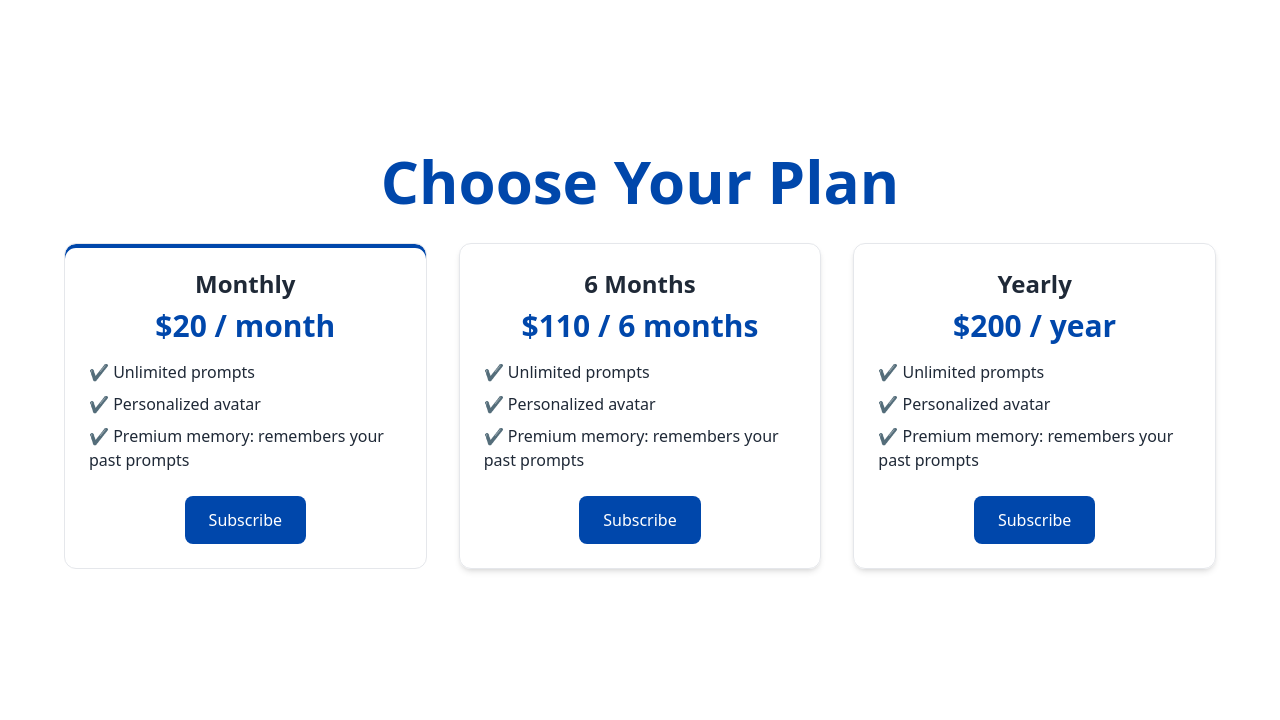
Repository: AvivGranot/IZZY
Page: public/subscribe.html
The author's editor kept a copy of each file at every save. The page is drawn from the files as they stood at one save, then again after the next save.
The browser window is 1280 px wide. The pictures show the whole page.
Some web libraries are served in a nearby version.

Above is the page before, as saved 2025-04-09 12:08:19.

### public/subscribe.html
<!DOCTYPE html>
<html lang="en">
<head>
  <meta charset="UTF-8">
  <meta name="viewport" content="width=device-width, initial-scale=1.0">
  <title>Subscribe to IZZY</title>
  <script src="https://cdn.tailwindcss.com"></script>
  <style>
    @keyframes borderFlow {
      0% {
        box-shadow: inset 0 -4px 0 0 #0047AB;
      }
      25% {
        box-shadow: inset 4px 0 0 0 #0047AB;
      }
      50% {
        box-shadow: inset 0 4px 0 0 #0047AB;
      }
      75% {
        box-shadow: inset -4px 0 0 0 #0047AB;
      }
      100% {
        box-shadow: inset 0 -4px 0 0 #0047AB;
      }
    }

    .animate-borderFlow {
      animation: borderFlow 2s linear infinite;
    }
  </style>
</head>
<body class="bg-white text-gray-800 font-sans">
  <div class="min-h-screen flex flex-col items-center justify-center p-6">
    <h1 class="text-4xl md:text-6xl font-bold text-[#0047AB] mb-8 text-center">Choose Your Plan</h1>

    <div class="grid grid-cols-1 md:grid-cols-3 gap-8 w-full max-w-6xl">

      <!-- Monthly Plan -->
      <div class="border border-gray-200 rounded-xl p-6 shadow-md text-center relative animate-borderFlow overflow-hidden">
        <h2 class="text-2xl font-semibold mb-2">Monthly</h2>
        <p class="text-3xl font-bold text-[#0047AB] mb-4">$20 / month</p>
        <ul class="text-left mb-6 space-y-2">
          <li>✔️ Unlimited prompts</li>
          <li>✔️ Personalized avatar</li>
          <li>✔️ Premium memory: remembers your past prompts</li>
        </ul>
        <a href="https://buy.stripe.com/test_dR6aHO9PM10AcR60oo" target="_blank" class="inline-block bg-[#0047AB] text-white font-medium py-3 px-6 rounded-lg hover:bg-blue-800">Subscribe</a>
      </div>

      <!-- Semi-Annual Plan -->
      <div class="border border-gray-200 rounded-xl p-6 shadow-md text-center">
        <h2 class="text-2xl font-semibold mb-2">6 Months</h2>
        <p class="text-3xl font-bold text-[#0047AB] mb-4">$110 / 6 months</p>
        <ul class="text-left mb-6 space-y-2">
          <li>✔️ Unlimited prompts</li>
          <li>✔️ Personalized avatar</li>
          <li>✔️ Premium memory: remembers your past prompts</li>
        </ul>
        <a href="#" class="inline-block bg-[#0047AB] text-white font-medium py-3 px-6 rounded-lg hover:bg-blue-800">Subscribe</a>
      </div>

      <!-- Annual Plan -->
      <div class="border border-gray-200 rounded-xl p-6 shadow-md text-center">
        <h2 class="text-2xl font-semibold mb-2">Yearly</h2>
        <p class="text-3xl font-bold text-[#0047AB] mb-4">$200 / year</p>
        <ul class="text-left mb-6 space-y-2">
          <li>✔️ Unlimited prompts</li>
          <li>✔️ Personalized avatar</li>
          <li>✔️ Premium memory: remembers your past prompts</li>
        </ul>
        <a href="#" class="inline-block bg-[#0047AB] text-white font-medium py-3 px-6 rounded-lg hover:bg-blue-800">Subscribe</a>
      </div>

    </div>
  </div>
</body>
</html>

After the next save:
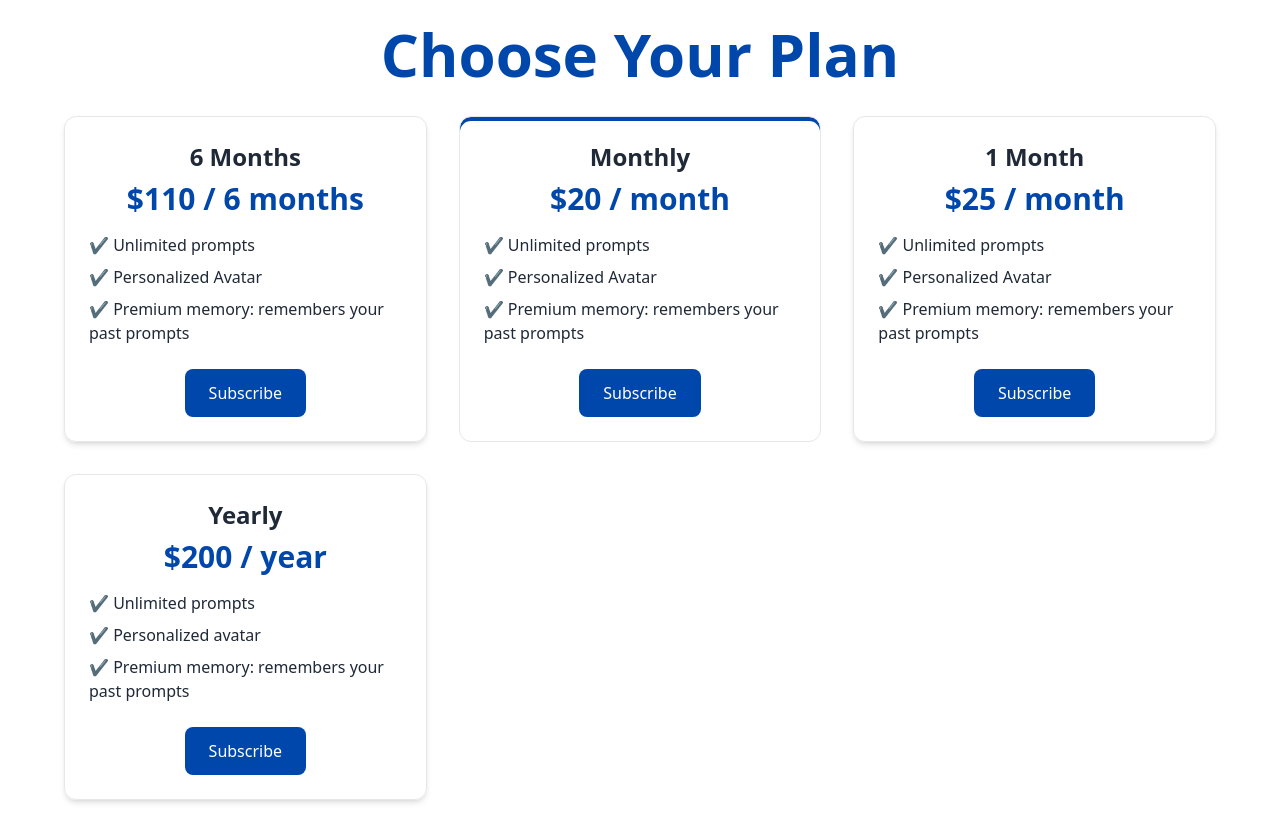
Saved 4 h 59 min later.
--- a/public/subscribe.html
+++ b/public/subscribe.html
@@ -35,28 +35,40 @@
 
     <div class="grid grid-cols-1 md:grid-cols-3 gap-8 w-full max-w-6xl">
 
+      <!-- Semi-Annual Plan -->
+      <div class="border border-gray-200 rounded-xl p-6 shadow-md text-center">
+        <h2 class="text-2xl font-semibold mb-2">6 Months</h2>
+        <p class="text-3xl font-bold text-[#0047AB] mb-4">$110 / 6 months</p>
+        <ul class="text-left mb-6 space-y-2">
+          <li>✔️ Unlimited prompts</li>
+          <li>✔️ Personalized Avatar</li>
+          <li>✔️ Premium memory: remembers your past prompts</li>
+        </ul>
+        <a href="https://buy.stripe.com/test_00g6qYgJH1xQ4wU9AB" target="_blank" class="inline-block bg-[#0047AB] text-white font-medium py-3 px-6 rounded-lg hover:bg-blue-800">Subscribe</a>
+      </div>
+
       <!-- Monthly Plan -->
       <div class="border border-gray-200 rounded-xl p-6 shadow-md text-center relative animate-borderFlow overflow-hidden">
         <h2 class="text-2xl font-semibold mb-2">Monthly</h2>
         <p class="text-3xl font-bold text-[#0047AB] mb-4">$20 / month</p>
         <ul class="text-left mb-6 space-y-2">
           <li>✔️ Unlimited prompts</li>
-          <li>✔️ Personalized avatar</li>
+          <li>✔️ Personalized Avatar</li>
           <li>✔️ Premium memory: remembers your past prompts</li>
         </ul>
         <a href="https://buy.stripe.com/test_dR6aHO9PM10AcR60oo" target="_blank" class="inline-block bg-[#0047AB] text-white font-medium py-3 px-6 rounded-lg hover:bg-blue-800">Subscribe</a>
       </div>
 
-      <!-- Semi-Annual Plan -->
+
       <div class="border border-gray-200 rounded-xl p-6 shadow-md text-center">
-        <h2 class="text-2xl font-semibold mb-2">6 Months</h2>
-        <p class="text-3xl font-bold text-[#0047AB] mb-4">$110 / 6 months</p>
+        <h2 class="text-2xl font-semibold mb-2">1 Month</h2>
+        <p class="text-3xl font-bold text-[#0047AB] mb-4">$25 / month</p>
         <ul class="text-left mb-6 space-y-2">
           <li>✔️ Unlimited prompts</li>
-          <li>✔️ Personalized avatar</li>
+          <li>✔️ Personalized Avatar</li>
           <li>✔️ Premium memory: remembers your past prompts</li>
         </ul>
-        <a href="#" class="inline-block bg-[#0047AB] text-white font-medium py-3 px-6 rounded-lg hover:bg-blue-800">Subscribe</a>
+        <a href="https://buy.stripe.com/test_00g6qYgJH1xQ4wU9AB" target="_blank" class="inline-block bg-[#0047AB] text-white font-medium py-3 px-6 rounded-lg hover:bg-blue-800">Subscribe</a>
       </div>
 
       <!-- Annual Plan -->
@@ -68,7 +80,7 @@
           <li>✔️ Personalized avatar</li>
           <li>✔️ Premium memory: remembers your past prompts</li>
         </ul>
-        <a href="#" class="inline-block bg-[#0047AB] text-white font-medium py-3 px-6 rounded-lg hover:bg-blue-800">Subscribe</a>
+        <a href="https://buy.stripe.com/test_6oE3cO9PM2h66qU4gg" target="_blank" class="inline-block bg-[#0047AB] text-white font-medium py-3 px-6 rounded-lg hover:bg-blue-800">Subscribe</a>
       </div>
 
     </div>
